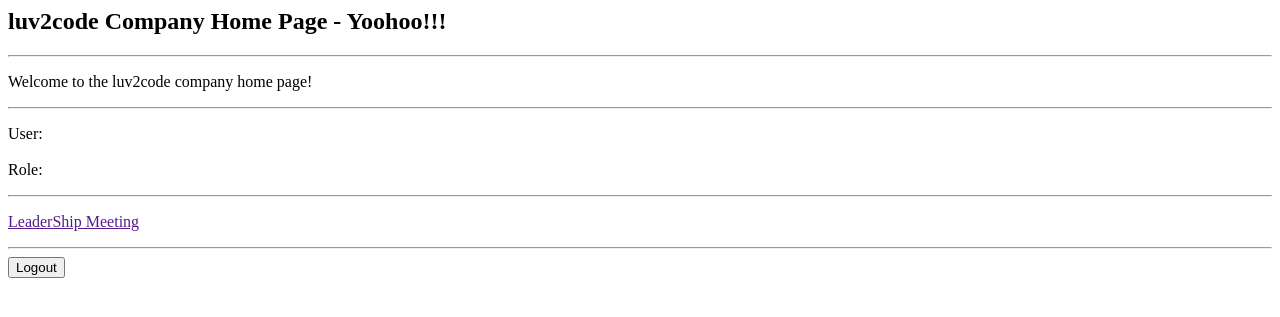
Repository: MOURAD1997-ctrl/dev-security
Page: http://localhost/spring-security-demo-07-user-roles/WEB-INF/view/home.jsp
These files come from the project's save history. The page is drawn as it stood at one moment and after the next save; the edit follows.
The browser window is 1280 px wide. The pictures show the whole page.
The page is served by Tomcat 9. Nobody is signed in. The template is opened directly, without the code that normally fills it, so the values that code supplies are empty.

Above is the page before, as saved 2020-06-05 18:30:27.

After the next save:
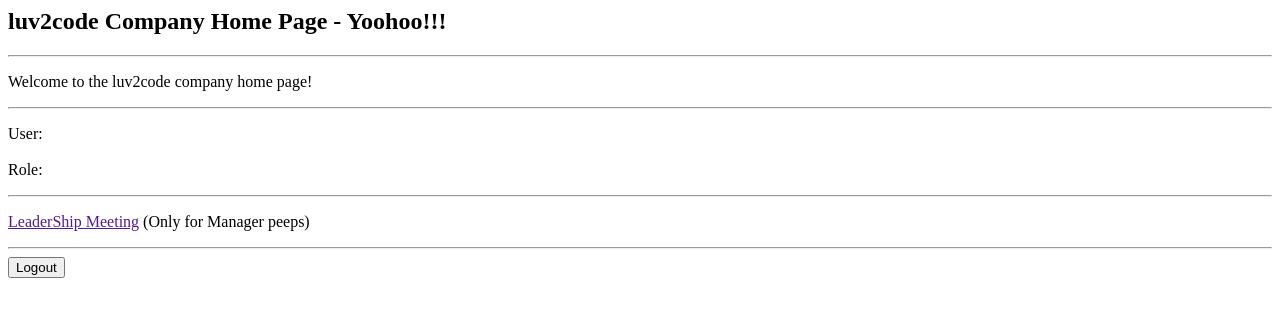
Saved 22 s later.
--- a/spring-security-demo-07-user-roles/src/main/webapp/WEB-INF/view/home.jsp
+++ b/spring-security-demo-07-user-roles/src/main/webapp/WEB-INF/view/home.jsp
@@ -24,6 +24,7 @@
    <hr>
    <p>
       <a href="">LeaderShip Meeting</a>
+      (Only for Manager peeps)
    </p>
    <hr>
    <form:form action="${pageContext.request.contextPath}/logout"
